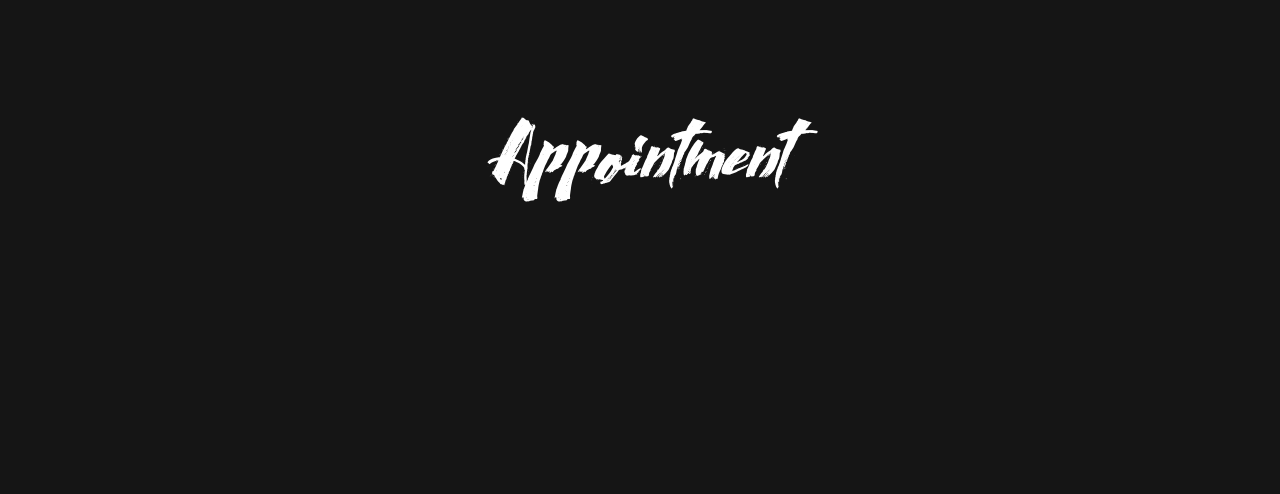
Repository: minkyung0421/Event_Project
Page: http://localhost/Event/letter.jsp
These files come from the project's save history. The page is drawn as it stood at one moment and after the next save; the edit follows.
The browser window is 1280 px wide. The pictures show the whole page.
The page is served by Tomcat 9.

Above is the page before, as saved 2018-09-04 17:34:00.

### Event_Project/Event/WebContent/letter.jsp
<%@ page language="java" contentType="text/html; charset=UTF-8"
    pageEncoding="UTF-8"%>
<!DOCTYPE html PUBLIC "-//W3C//DTD HTML 4.01 Transitional//EN" "http://www.w3.org/TR/html4/loose.dtd">
<html>
<head>
<meta http-equiv="Content-Type" content="text/html; charset=UTF-8">
<title>EVENT</title>
</head>
<style>
@font-face{
	font-family: 'Calligraphy Personal Use'; src:url('font/Calligraphy Personal Use.ttf');
}
@font-face{font-family:'NANUMSQUAREROUNDL'; src:url('font/NANUMSQUAREROUNDL.TTF')}
@font-face{font-family:'NANUMSQUAREROUNDB'; src:url('font/NANUMSQUAREROUNDB.TTF')}

body{
	margin:7%;
	padding:0px;
	font-family:'NANUMSQUAREROUNDB';
	background-color: #151515;
	color: white;
}

</style>
<body>
<center><div style = "font-family: Calligraphy Personal Use; font-size: 90pt; margin-top:5%">Appointment</div></center>
</body>
</html>

After the next save:
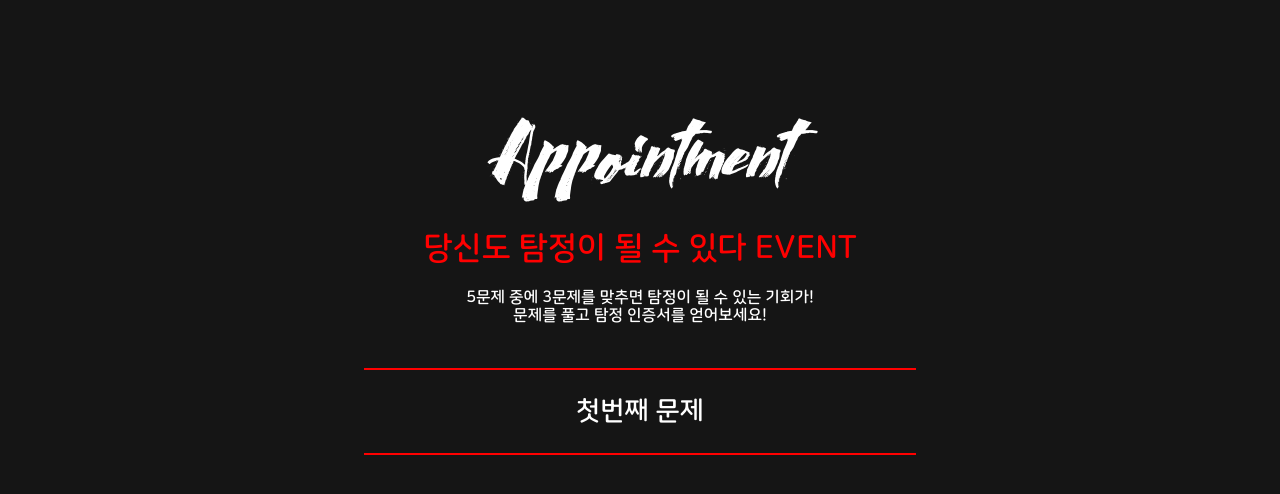
Saved 64 s later.
--- a/Event_Project/Event/WebContent/letter.jsp
+++ b/Event_Project/Event/WebContent/letter.jsp
@@ -24,5 +24,18 @@ body{
 </style>
 <body>
 <center><div style = "font-family: Calligraphy Personal Use; font-size: 90pt; margin-top:5%">Appointment</div></center>
+
+<center><h1 style = "color:red">당신도 탐정이 될 수 있다 EVENT</h1>
+<div style = "color: white;">5문제 중에 3문제를 맞추면 탐정이 될 수 있는 기회가!<br>
+문제를 풀고 탐정 인증서를 얻어보세요!</div>
+<br><br>
+<hr color="red" style = "width: 50%">
+<br>
+<div style = "font-size: 20pt;">첫번째 문제</div>
+<br>
+<hr color="red" style = "width: 50%">
+<br>
+<br>
+</center>
 </body>
 </html>
